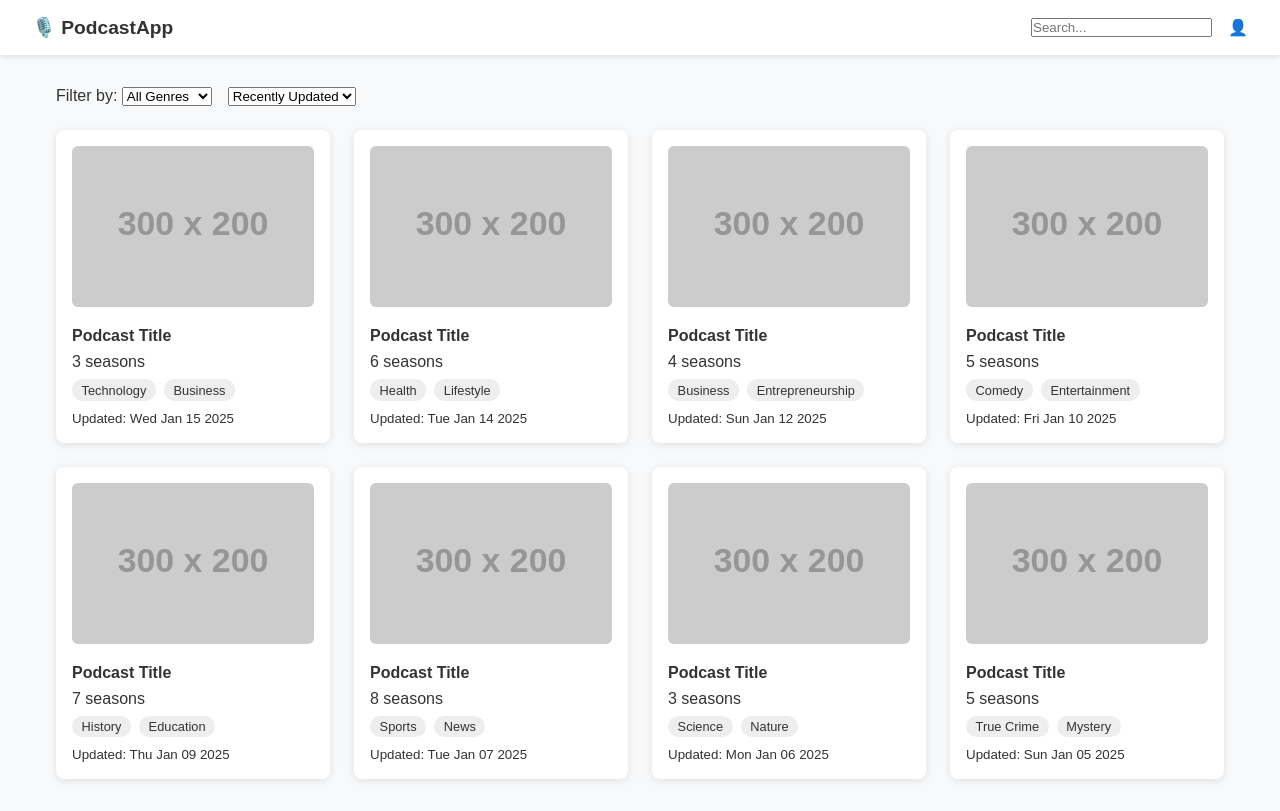
Repository: andajonas/ANDJON25111_fto2505_A_Anda-Jonas_DJS01
Page: index.html
An editor plug-in stored every save of this project. The page is shown before and after the next save, followed by the edit.
The browser window is 1280 px wide. The pictures show the whole page.

Above is the page before, as saved 2025-09-03 18:21:03.

### index.html
<!DOCTYPE html>
<html lang="en">
<head>
  <meta charset="UTF-8">
  <title>PodcastApp</title>
  <link rel="stylesheet" href="styles.css">
</head>
<body>
  <header class="navbar">
    <div class="logo">🎙️ PodcastApp</div>
    <div class="search-profile">
      <input type="text" placeholder="Search...">
      <div class="profile">👤</div>
    </div>
  </header>

  <main class="container">
    <!-- Filters -->
    <div class="filters">
      <label>Filter by:
        <select id="genreFilter">
          <option value="all">All Genres</option>
          <option value="Technology">Technology</option>
          <option value="Business">Business</option>
          <option value="Comedy">Comedy</option>
          <option value="History">History</option>
        </select>
      </label>
      <select id="sortFilter">
        <option value="recent">Recently Updated</option>
        <option value="seasons">Most Seasons</option>
      </select>
    </div>

    <!-- Podcast Grid -->
    <div id="podcastGrid" class="grid"></div>
  </main>

  <!-- Modal -->
  <div id="podcastModal" class="modal hidden">
    <div class="modal-content">
      <span class="close">&times;</span>
      <div id="modalBody"></div>
    </div>
  </div>

  <script src="app.js"></script>
</body>
</html>

### styles.css
* {
    box-sizing: border-box;
    margin: 0;
    padding: 0;
    font-family: Arial, sans-serif;
  }

  body {
    background: #f8f9fa;
    color: #333;
  }

  .navbar {
    display: flex;
    justify-content: space-between;
    align-items: center;
    padding: 1rem 2rem;
    background: white;
    box-shadow: 0 2px 5px rgba(0,0,0,0.1);
  }

  .logo {
    font-weight: bold;
    font-size: 1.2rem;
  }

  .search-profile {
    display: flex;
    align-items: center;
    gap: 1rem;
  }

  .container {
    max-width: 1200px;
    margin: 2rem auto;
    padding: 0 1rem;
  }

  .filters {
    display: flex;
    gap: 1rem;
    margin-bottom: 1.5rem;
  }

  .grid {
    display: grid;
    grid-template-columns: repeat(auto-fill, minmax(250px, 1fr));
    gap: 1.5rem;
  }

  .card {
    background: white;
    padding: 1rem;
    border-radius: 8px;
    box-shadow: 0 2px 8px rgba(0,0,0,0.1);
    cursor: pointer;
    transition: transform 0.2s ease;
  }
  .card:hover {
    transform: translateY(-5px);
  }

  .card img {
    width: 100%;
    border-radius: 6px;
    margin-bottom: 1rem;
  }

  .card .title {
    font-weight: bold;
    margin-bottom: 0.5rem;
  }

  .tags {
    display: flex;
    gap: 0.5rem;
    flex-wrap: wrap;
    margin: 0.5rem 0;
  }

  .tag {
    background: #eee;
    padding: 0.2rem 0.6rem;
    border-radius: 12px;
    font-size: 0.8rem;
  }

  /* Modal */
  .modal {
    position: fixed;
    top: 0;
    left: 0;
    width: 100%;
    height: 100%;
    background: rgba(0,0,0,0.6);
    display: flex;
    justify-content: center;
    align-items: center;
    z-index: 1000;
  }

  .modal.hidden {
    display: none;
  }

  .modal-content {
    background: white;
    width: 600px;
    max-width: 95%;
    padding: 2rem;
    border-radius: 10px;
    position: relative;
  }

  .modal-content img {
    width: 200px;
    margin-bottom: 1rem;
  }

  .close {
    position: absolute;
    right: 1rem;
    top: 1rem;
    font-size: 1.5rem;
    cursor: pointer;
  }
  /* Modal Layout */
.modal-content {
    background: white;
    width: 700px;
    max-width: 95%;
    padding: 2rem;
    border-radius: 12px;
    position: relative;
    max-height: 90vh;
    overflow-y: auto;
  }

  .modal-header {
    display: flex;
    gap: 1.5rem;
    margin-bottom: 1.5rem;
  }

  .modal-header img {
    width: 180px;
    height: 180px;
    border-radius: 8px;
    object-fit: cover;
  }

  .modal-details h2 {
    margin-bottom: 0.8rem;
  }

  .modal-details p {
    margin-bottom: 1rem;
    line-height: 1.5;
  }

  .modal-details .tags {
    margin: 0.5rem 0 1rem 0;
  }

  .updated {
    display: flex;
    align-items: center;
    gap: 0.5rem;
    font-size: 0.9rem;
    color: #555;
  }

  /* Seasons list */
  .seasons {
    margin-top: 2rem;
  }

  .season-item {
    border: 1px solid #ddd;
    border-radius: 8px;
    padding: 1rem;
    margin-bottom: 1rem;
    display: flex;
    justify-content: space-between;
    align-items: center;
  }

  .season-info {
    flex: 1;
  }

  .season-info h4 {
    margin-bottom: 0.4rem;
  }

  .season-episodes {
    font-size: 0.9rem;
    color: #666;
  }

### app.js
const podcasts = [
    {
      title: "Podcast Title",
      seasons: 3,
      genres: ["Technology", "Business"],
      updated: "2025-01-15",
      cover: "https://via.placeholder.com/300x200",
      description: "Join us every week as we dive into the latest technology trends, innovations, and industry insights. From artificial intelligence and machine learning to startup culture and digital transformation, we explore the forces shaping our digital future. Each episode features expert interviews, case studies, and actionable insights for professionals and enthusiasts alike.",
      seasonList: [
        { name: "Season 1: Getting Started", desc: "Introduction to the fundamentals", episodes: 12 },
        { name: "Season 2: Advanced Topics", desc: "Deep dives into complex subjects", episodes: 15 },
        { name: "Season 1: Industry Insights", desc: "Expert perspectives and case studies", episodes: 18 },
        { name: "Season 1: Future Trends", desc: "What's coming next in tech", episodes: 20 },
      ]
    },
    {
      title: "Podcast Title",
      seasons: 5,
      genres: ["Comedy", "Entertainment"],
      updated: "2025-01-10",
      cover: "https://via.placeholder.com/300x200",
      description: "Laugh with comedians from around the world.",
      seasonList: [
        { name: "Season 1: Fun Times", desc: "Best jokes", episodes: 10 },
        { name: "Season 2: More Laughs", desc: "Comedy specials", episodes: 8 }
      ]
    },
    {
      title: "Podcast Title",
      seasons: 4,
      genres: ["Business", "Entrepreneurship"],
      updated: "2025-01-12",
      cover: "https://via.placeholder.com/300x200",
      description: "Interviews and insights from successful entrepreneurs.",
      seasonList: [
        { name: "Season 1: Startups", desc: "New ventures", episodes: 14 },
        { name: "Season 2: Scaling", desc: "Growth strategies", episodes: 16 }
      ]
    },
    {
      title: "Podcast Title",
      seasons: 5,
      genres: ["True Crime", "Mystery"],
      updated: "2025-01-05",
      cover: "https://via.placeholder.com/300x200",
      description: "Unsolved mysteries and chilling true crime stories.",
      seasonList: [
        { name: "Season 1: Cold Cases", desc: "Unresolved crimes", episodes: 12 },
        { name: "Season 2: Criminal Minds", desc: "Profiles and stories", episodes: 13 }
      ]
    },
    {
      title: "Podcast Title",
      seasons: 6,
      genres: ["Health", "Lifestyle"],
      updated: "2025-01-14",
      cover: "https://via.placeholder.com/300x200",
      description: "Tips and discussions on wellness, fitness, and healthy eating.",
      seasonList: [
        { name: "Season 1: Nutrition", desc: "Eating right", episodes: 10 },
        { name: "Season 2: Fitness", desc: "Exercise routines", episodes: 12 }
      ]
    },
    {
      title:"Podcast Title",
      seasons: 7,
      genres: ["History", "Education"],
      updated: "2025-01-09",
      cover: "https://via.placeholder.com/300x200",
      description: "Exploring fascinating stories from history.",
      seasonList: [
        { name: "Season 1: Ancient Times", desc: "Civilizations", episodes: 11 },
        { name: "Season 2: Modern History", desc: "World events", episodes: 14 }
      ]
    },
    {
      title: "Podcast Title",
      seasons: 8,
      genres: ["Sports", "News"],
      updated: "2025-01-07",
      cover: "https://via.placeholder.com/300x200",
      description: "Weekly sports analysis, interviews, and news updates.",
      seasonList: [
        { name: "Season 1: Football", desc: "Game highlights", episodes: 20 },
        { name: "Season 2: Global Sports", desc: "Around the world", episodes: 18 }
      ]
    },
    {
      title: "Podcast Title",
      seasons: 3,
      genres: ["Science", "Nature"],
      updated: "2025-01-06",
      cover: "https://via.placeholder.com/300x200",
      description: "Conversations about the environment, animals, and natural wonders.",
      seasonList: [
        { name: "Season 1: Wildlife", desc: "Animal world", episodes: 12 },
        { name: "Season 2: Oceans", desc: "Life underwater", episodes: 10 }
      ]
    }
  ];

  // Elements
  const grid = document.getElementById("podcastGrid");
  const modal = document.getElementById("podcastModal");
  const modalBody = document.getElementById("modalBody");
  const closeBtn = document.querySelector(".close");
  const genreFilter = document.getElementById("genreFilter");
  const sortFilter = document.getElementById("sortFilter");

  // Render podcast cards
  function renderGrid(list) {
    grid.innerHTML = "";
    list.forEach(p => {
      const card = document.createElement("div");
      card.className = "card";
      card.innerHTML = `
        <img src="${p.cover}" alt="cover">
        <div class="title">${p.title}</div>
        <div>${p.seasons} seasons</div>
        <div class="tags">${p.genres.map(g => `<span class="tag">${g}</span>`).join("")}</div>
        <small>Updated: ${new Date(p.updated).toDateString()}</small>
      `;
      card.onclick = () => openModal(p);
      grid.appendChild(card);
    });
  }

  function openModal(p) {
    modal.classList.remove("hidden");
    modalBody.innerHTML = `
      <div class="modal-header">
        <img src="${p.cover}" alt="cover">
        <div class="modal-details">
          <h2>${p.title}</h2>
          <p>${p.description}</p>
          <div class="tags">${p.genres.map(g => `<span class="tag">${g}</span>`).join("")}</div>
          <div class="updated">📅 Last updated: ${new Date(p.updated).toDateString()}</div>
        </div>
      </div>

      <div class="seasons">
        <h3>Seasons</h3>
        ${p.seasonList.map(s => `
          <div class="season-item">
            <div class="season-info">
              <h4>${s.name}</h4>
              <p>${s.desc}</p>
            </div>
            <div class="season-episodes">${s.episodes} episodes</div>
          </div>
        `).join("")}
      </div>
    `;
  }


  // Close modal
  closeBtn.onclick = () => modal.classList.add("hidden");
  modal.onclick = e => { if (e.target === modal) modal.classList.add("hidden"); };

  // Filters
  function applyFilters() {
    let filtered = [...podcasts];
    const genre = genreFilter.value;
    const sort = sortFilter.value;

    if (genre !== "all") {
      filtered = filtered.filter(p => p.genres.includes(genre));
    }

    if (sort === "recent") {
      filtered.sort((a, b) => new Date(b.updated) - new Date(a.updated));
    } else if (sort === "seasons") {
      filtered.sort((a, b) => b.seasons - a.seasons);
    }

    renderGrid(filtered);
  }

  genreFilter.onchange = applyFilters;
  sortFilter.onchange = applyFilters;

  // Init
  applyFilters();

After the next save:
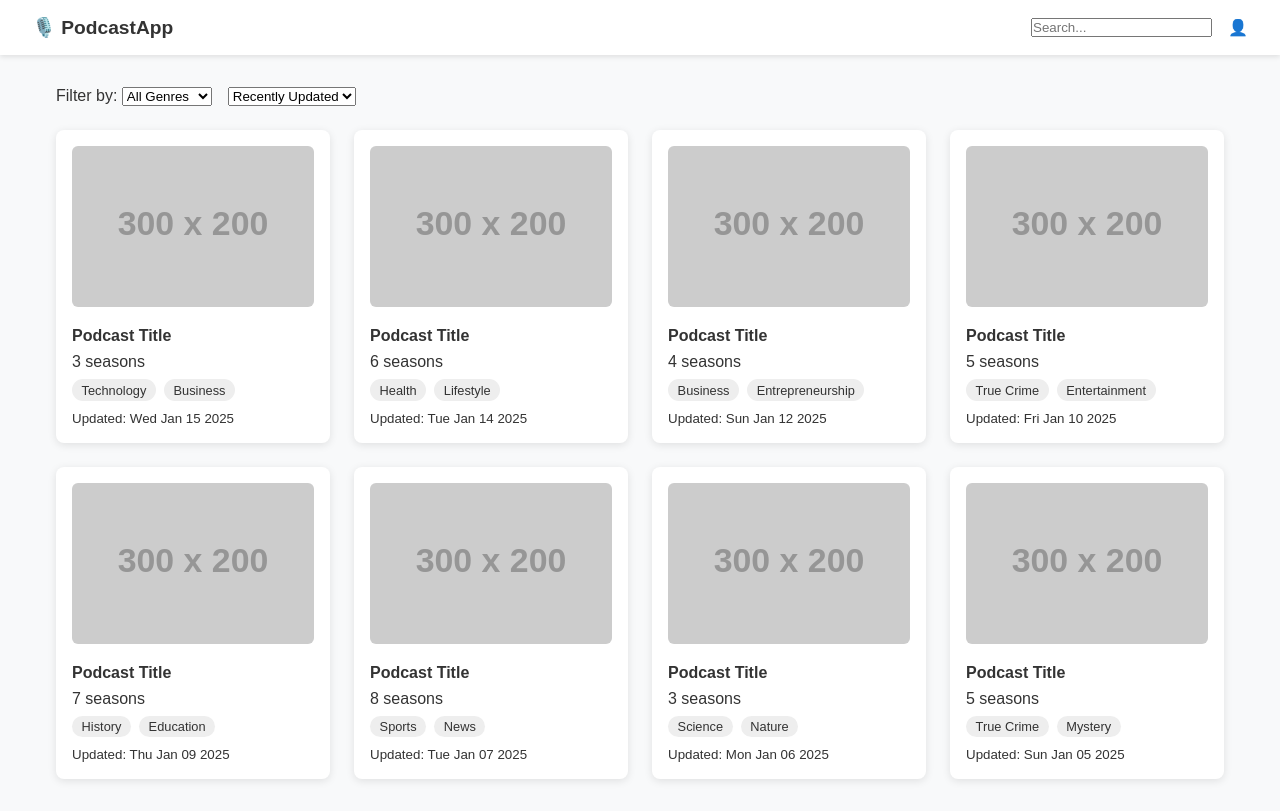
Saved 10 s later.
--- a/app.js
+++ b/app.js
@@ -16,7 +16,7 @@ const podcasts = [
     {
       title: "Podcast Title",
       seasons: 5,
-      genres: ["Comedy", "Entertainment"],
+      genres: ["True Crime", "Entertainment"],
       updated: "2025-01-10",
       cover: "https://via.placeholder.com/300x200",
       description: "Laugh with comedians from around the world.",
